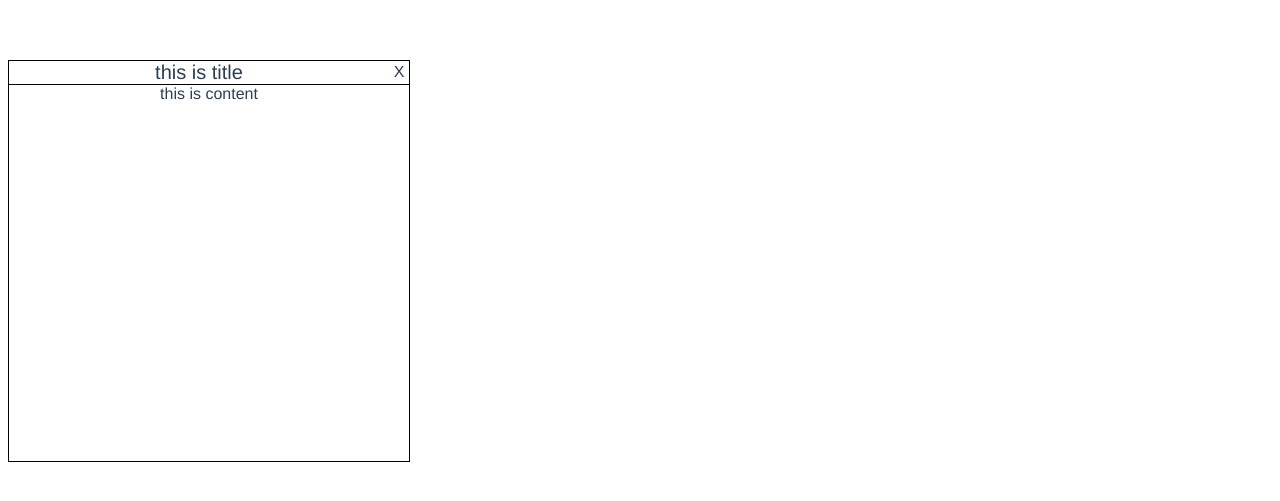
Repository: iulucky6/yf_messageBox
Page: /
The author's editor kept a copy of each file at every save. The page is drawn from the files as they stood at one save, then again after the next save.
The browser window is 1280 px wide. The pictures show the whole page.
The project was rebuilt for these pictures with package versions that can differ from the ones it lists, and the page was loaded fresh each time. Also part of the build but not shown: src/components/HelloWorld.vue.

Above is the page before, as saved 2023-09-14 11:09:08.

After the next save:
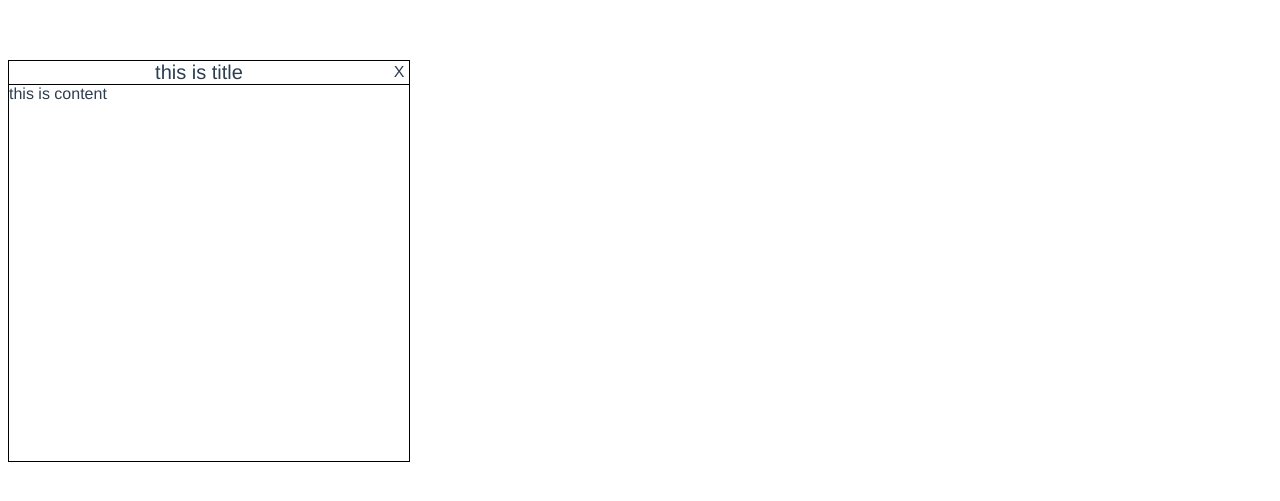
Saved 15 s later.
--- a/src/components/MessageBox/index.vue
+++ b/src/components/MessageBox/index.vue
@@ -55,11 +55,11 @@
       height: 20px;
       display: inline-block;
     }
-    .content{
-      display: flex;
-      align-content: center;
-      height: 100%;
-    }
+  }
+  .content {
+    display: flex;
+    align-content: center;
+    height: 100%;
   }
 }
 </style>

After the 2 saves that followed:
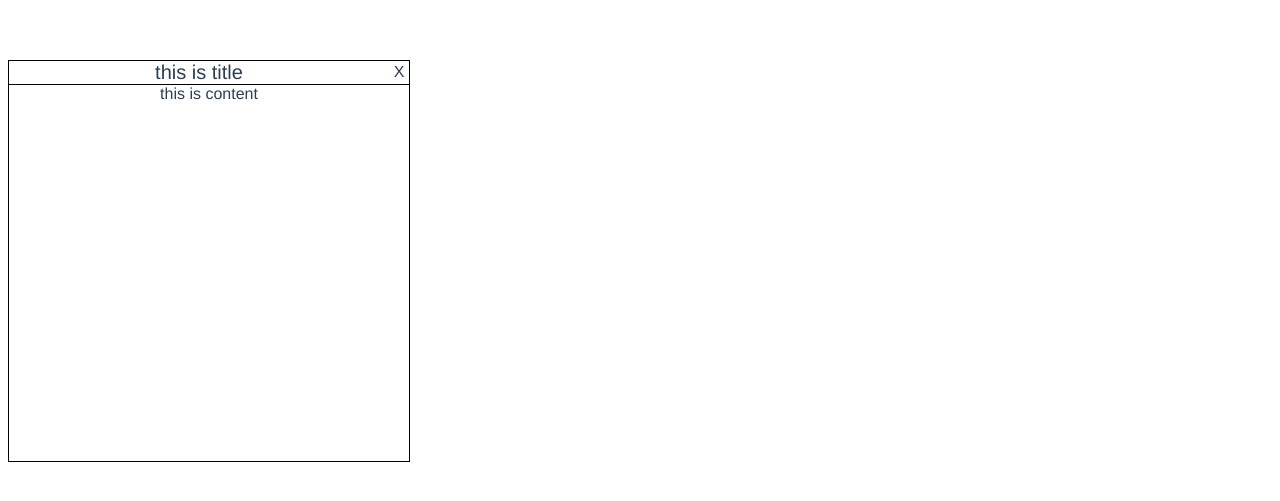
The 2 saves are shown as one change because 1 left the picture as it was.
The last was saved 29 s later.
--- a/src/components/MessageBox/index.vue
+++ b/src/components/MessageBox/index.vue
@@ -58,7 +58,8 @@
   }
   .content {
     display: flex;
-    align-content: center;
+    align-items: center;
+    justify-content: center;
     height: 100%;
   }
 }
